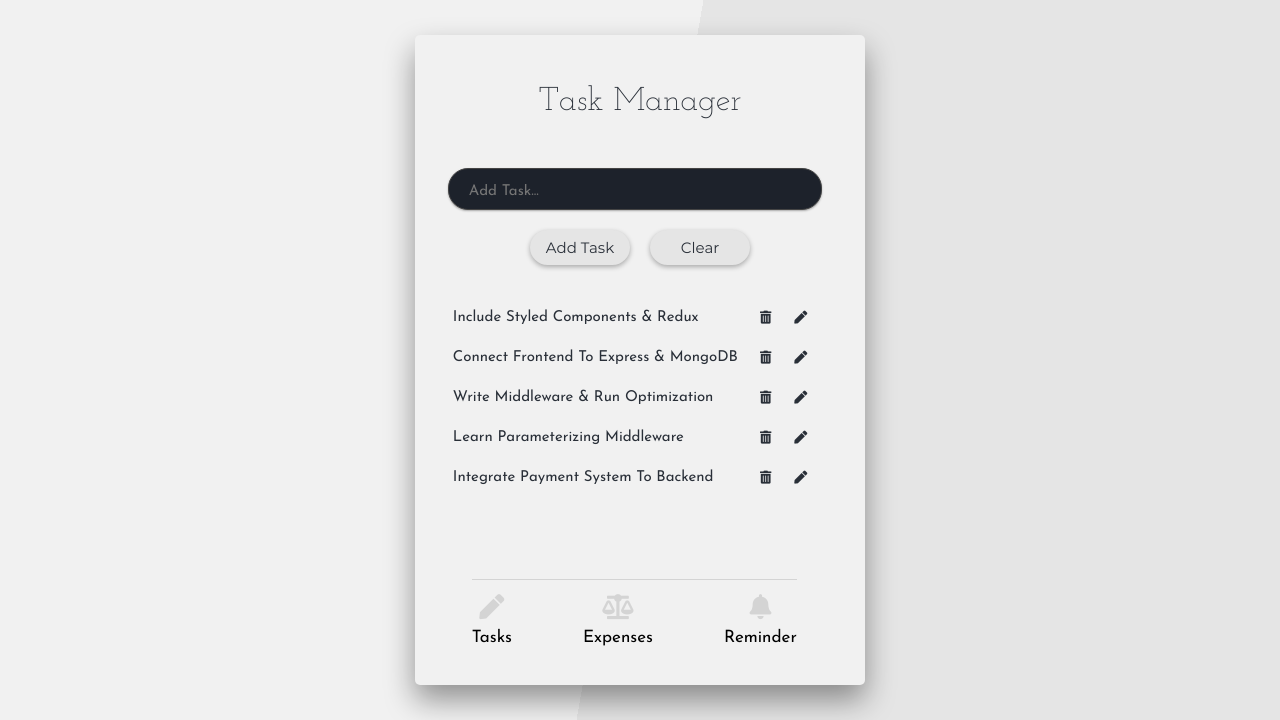
Repository: Kol124/react-task-manager
Page: /
An editor plug-in stored every save of this project. The page is shown before and after the next save, followed by the edit.
The browser window is 1280 px wide. The pictures show the whole page.
The project was rebuilt for these pictures with package versions that can differ from the ones it lists, and the page was loaded fresh each time. Also part of the build but not shown: src/components/Expenses/Expenses.js, src/components/Reminder/Reminder.js.

Above is the page before, as saved 2021-06-24 17:42:23.

### public/index.html
<!DOCTYPE html>
<html lang="en">
  <head>
    <meta charset="utf-8" />
    <link rel="icon" href="%PUBLIC_URL%/favicon.ico" />
    <meta name="viewport" content="width=device-width, initial-scale=1" />
    <meta name="theme-color" content="#000000" />
    <meta
      name="description"
      content="Web site created using create-react-app"
    />
    <link rel="apple-touch-icon" href="%PUBLIC_URL%/logo192.png" />
    <!--
      manifest.json provides metadata used when your web app is installed on a
      user's mobile device or desktop. See https://developers.google.com/web/fundamentals/web-app-manifest/
    -->
    <link rel="manifest" href="%PUBLIC_URL%/manifest.json" />
    <!--
      Notice the use of %PUBLIC_URL% in the tags above.
      It will be replaced with the URL of the `public` folder during the build.
      Only files inside the `public` folder can be referenced from the HTML.

      Unlike "/favicon.ico" or "favicon.ico", "%PUBLIC_URL%/favicon.ico" will
      work correctly both with client-side routing and a non-root public URL.
      Learn how to configure a non-root public URL by running `npm run build`.
    -->
    <link rel="stylesheet" href="all.min.css" />
    <title>React App</title>
  </head>
  <body>
    <noscript>You need to enable JavaScript to run this app.</noscript>
    <div id="root"></div>
    <!--
      This HTML file is a template.
      If you open it directly in the browser, you will see an empty page.

      You can add webfonts, meta tags, or analytics to this file.
      The build step will place the bundled scripts into the <body> tag.

      To begin the development, run `npm start` or `yarn start`.
      To create a production bundle, use `npm run build` or `yarn build`.
    -->
  </body>
</html>

### src/App.js
import "./App.css";
import React from "react";
import TaskContextProvider from "./context/TaskContext";
import ThemeContextProvider from "./context/ThemeContext";
import Main from "./components/Main";

function App() {
  return (
    <ThemeContextProvider>
      <TaskContextProvider>
        <div className="container">
          <Main />
        </div>
      </TaskContextProvider>
    </ThemeContextProvider>
  );
}

export default App;

### src/App.css
@import url("fonts.css");

* {
  margin: 0;
  padding: 0;
  box-sizing: inherit;
}

html {
  box-sizing: border-box;
  font-size: 62.5%;
}

.container {
  width: 100%;
  height: 100vh;
  display: flex;
  align-items: center;
  justify-content: center;
  background: linear-gradient(100deg, #f1f1f1 50%, #e5e5e5 0);
}

.app-wrapper {
  padding: 2.5rem 2.8rem;
  position: relative;
  width: 45rem;
  height: 65rem;
  border-radius: 5px;
  box-shadow: 0 15px 30px rgba(0, 0, 0, 0.4);
}

.header .main-header {
  font-family: "Josefin Slab", serif;
  text-align: center;
  font-size: 3.3rem;
  /* color: #e5e5e5; */
  font-weight: 300;
  margin: 2.5rem 2rem 5rem 2rem;
}

.main {
  display: flex;
  flex-direction: column;
  align-items: space-between;
  margin-bottom: 3.5rem;
  width: 100%;
}

.form {
  display: flex;
  align-items: center;
  margin-bottom: 1.5rem;
  flex-direction: column;
  justify-content: center;
}

.task-input {
  font-family: "Josefin Sans", serif;
  padding: 1.5rem 1rem 1rem 2rem;
  margin: 0 1rem 1rem 0;
  color: #ccc;
  width: 95%;
  outline: none;
  font-size: 1.5rem;
  border-radius: 20px;
  border: 1px solid #444;
  background-color: #1d222b;
  box-shadow: 0 1px 2px rgba(0, 0, 0, 0.3);
}

@media only screen and (max-width: 450px) {
  html {
    font-size: 50%;
  }
}

.buttons {
  display: flex;
}

.btn {
  font-family: "Montserrat", sans-serif;
  background-color: #1d222b;
  border-radius: 2rem;
  font-size: 1.5rem;
  height: 3.5rem;
  width: 10rem;
  border: none;
  margin: 1rem;
  outline: none;
  cursor: pointer;
  box-shadow: 0 2px 5px rgba(0, 0, 0, 0.3);
}

.list {
  width: 95%;
  margin: 0 auto;
  max-height: 28rem;
  overflow: hidden;
  overflow-y: auto;
}

/* width */
::-webkit-scrollbar {
  width: 6px;
}

/* Track */
::-webkit-scrollbar-track {
  border-radius: 10px;
  background-color: #aaa;
}

/* Handle */
::-webkit-scrollbar-thumb {
  background: #444;
  border-radius: 10px;
}

.list-item {
  display: flex;
  margin: 2rem 0;
  padding-bottom: 0.5rem;
  justify-content: space-between;
}

.list-item span {
  font-family: "Josefin Sans", sans-serif;
  /* color: #bbb; */
  font-size: 1.5rem;
  text-transform: capitalize;
}

.task-btn {
  cursor: pointer;
  background-color: transparent;
  border: none;
  outline: none;
}

.btn-delete i {
  font-size: 1.3rem;
  margin-right: 2rem;
}

.btn-edit i {
  font-size: 1.3rem;
  margin-right: 2rem;
}

.no-tasks {
  text-align: center;
  font-family: "Montserrat", sans-serif;
  margin-top: 2.5rem;
  font-size: 2rem;
}

footer {
  position: absolute;
  width: 85%;
  bottom: 6%;
}

footer .nav {
  display: flex;
  align-items: center;
  justify-content: space-between;
  border-top: 1px solid #d4d4d4;
  padding-top: 1.4rem;
  list-style: none;
  margin: 0 auto;
  width: 85%;
}

.nav li {
  font-family: "Josefin Sans", sans-serif;
  text-align: center;
}

.nav li a {
  text-decoration: none;
}

.nav li i {
  font-size: 2.5rem;
  transition: all ease 0.3s;
}

.nav li i:hover {
  color: #182741;
}

.nav li p {
  text-decoration: none;
  font-size: 1.7rem;
  color: initial;
  margin-top: 1rem;
}

### src/context/TaskContext.js
import React, { createContext, useState, useReducer, useEffect } from "react";
import TaskReducer from "../reducer/TaskReducer";

export const TaskContext = createContext();

export default function TaskContextProvider(props) {
  const [tasks, dispatch] = useReducer(TaskReducer, [
    { title: "Include styled components & redux", id: 1 },
    { title: "Connect frontend to express & mongoDB", id: 2 },
    { title: "Write middleware & run optimization", id: 3 },
    { title: "Learn parameterizing middleware", id: 4 },
    { title: "Integrate payment system to backend", id: 5 },
  ]);
  const [editItem, setEditItem] = useState(null);

  const findItem = (id) => {
    const item = tasks.find((task) => task.id === id);
    setEditItem(item);
  };

  useEffect(() => {
    console.log(tasks);
  });

  return (
    <TaskContext.Provider
      value={{ tasks, editItem, setEditItem, findItem, dispatch }}
    >
      {props.children}
    </TaskContext.Provider>
  );
}

### src/context/ThemeContext.js
import React, { Component, createContext } from "react";

export const ThemeContext = createContext();

export default class ThemeContextProvider extends Component {
  state = {
    isLightTheme: true,
    light: {
      font: "#292f38",
      accent: "#e5e5e5",
      icon: "#d4d4d4",
      bg: "#f1f1f1",
    },
    dark: {
      font: "#f1f1f1",
      accent: "#1d222b",
      icon: "#d4d4d4",
      bg: "#292f38",
    },
  };

  toggleTheme = () => {
    this.setState({ isLightTheme: !this.state.isLightTheme });
  };

  render() {
    return (
      <div>
        <ThemeContext.Provider
          value={{ ...this.state, toggleTheme: this.toggleTheme }}
        >
          {this.props.children}
        </ThemeContext.Provider>
      </div>
    );
  }
}

### src/components/Main.js
import React, { useContext } from "react";
import { BrowserRouter as Router, Switch, Route } from "react-router-dom";
import Header from "./Header";
import TaskForm from "./TaskForm";
import TaskList from "./TaskList";
import Expenses from "./expenses/Expenses";
import Reminder from "./reminder/Reminder";
import Footer from "./Footer";
import { ThemeContext } from "../context/ThemeContext";

export default function Main() {
  const { isLightTheme, dark, light } = useContext(ThemeContext);
  const theme = isLightTheme ? light : dark;

  return (
    <Router>
      <div>
        <div
          className="app-wrapper"
          style={{ background: theme.bg, color: theme.font }}
        >
          <Header />
          <Switch>
            <Route exact path="/">
              <div className="main">
                <TaskForm />
                <TaskList />
              </div>
            </Route>

            <Route path="/expenses">
              <Expenses />
            </Route>

            <Route path="/reminder">
              <Reminder />
            </Route>
          </Switch>
          <Footer />
        </div>
      </div>
    </Router>
  );
}

### src/fonts.css
/* josefin-sans-300 - latin */
@font-face {
  font-family: "Josefin Sans";
  font-style: normal;
  font-weight: 300;
  src: url("./fonts/josefin-sans-v17-latin-300.eot"); /* IE9 Compat Modes */
  src: local(""),
    url("./fonts/josefin-sans-v17-latin-300.eot?#iefix")
      format("embedded-opentype"),
    /* IE6-IE8 */ url("./fonts/josefin-sans-v17-latin-300.woff2")
      format("woff2"),
    /* Super Modern Browsers */ url("./fonts/josefin-sans-v17-latin-300.woff")
      format("woff"),
    /* Modern Browsers */ url("./fonts/josefin-sans-v17-latin-300.ttf")
      format("truetype"),
    /* Safari, Android, iOS */
      url("./fonts/josefin-sans-v17-latin-300.svg#JosefinSans") format("svg"); /* Legacy iOS */
}
/* josefin-sans-regular - latin */
@font-face {
  font-family: "Josefin Sans";
  font-style: normal;
  font-weight: 400;
  src: url("./fonts/josefin-sans-v17-latin-regular.eot"); /* IE9 Compat Modes */
  src: local(""),
    url("./fonts/josefin-sans-v17-latin-regular.eot?#iefix")
      format("embedded-opentype"),
    /* IE6-IE8 */ url("./fonts/josefin-sans-v17-latin-regular.woff2")
      format("woff2"),
    /* Super Modern Browsers */
      url("./fonts/josefin-sans-v17-latin-regular.woff") format("woff"),
    /* Modern Browsers */ url("./fonts/josefin-sans-v17-latin-regular.ttf")
      format("truetype"),
    /* Safari, Android, iOS */
      url("./fonts/josefin-sans-v17-latin-regular.svg#JosefinSans")
      format("svg"); /* Legacy iOS */
}
/* josefin-sans-600 - latin */
@font-face {
  font-family: "Josefin Sans";
  font-style: normal;
  font-weight: 600;
  src: url("./fonts/josefin-sans-v17-latin-600.eot"); /* IE9 Compat Modes */
  src: local(""),
    url("./fonts/josefin-sans-v17-latin-600.eot?#iefix")
      format("embedded-opentype"),
    /* IE6-IE8 */ url("./fonts/josefin-sans-v17-latin-600.woff2")
      format("woff2"),
    /* Super Modern Browsers */ url("./fonts/josefin-sans-v17-latin-600.woff")
      format("woff"),
    /* Modern Browsers */ url("./fonts/josefin-sans-v17-latin-600.ttf")
      format("truetype"),
    /* Safari, Android, iOS */
      url("./fonts/josefin-sans-v17-latin-600.svg#JosefinSans") format("svg"); /* Legacy iOS */
}
/* josefin-sans-700 - latin */
@font-face {
  font-family: "Josefin Sans";
  font-style: normal;
  font-weight: 700;
  src: url("./fonts/josefin-sans-v17-latin-700.eot"); /* IE9 Compat Modes */
  src: local(""),
    url("./fonts/josefin-sans-v17-latin-700.eot?#iefix")
      format("embedded-opentype"),
    /* IE6-IE8 */ url("./fonts/josefin-sans-v17-latin-700.woff2")
      format("woff2"),
    /* Super Modern Browsers */ url("./fonts/josefin-sans-v17-latin-700.woff")
      format("woff"),
    /* Modern Browsers */ url("./fonts/josefin-sans-v17-latin-700.ttf")
      format("truetype"),
    /* Safari, Android, iOS */
      url("./fonts/josefin-sans-v17-latin-700.svg#JosefinSans") format("svg"); /* Legacy iOS */
}

/* josefin-slab-300 - latin */
@font-face {
  font-family: "Josefin Slab";
  font-style: normal;
  font-weight: 300;
  src: url("./fonts/josefin-slab-v13-latin-300.eot"); /* IE9 Compat Modes */
  src: local(""),
    url("./fonts/josefin-slab-v13-latin-300.eot?#iefix")
      format("embedded-opentype"),
    /* IE6-IE8 */ url("./fonts/josefin-slab-v13-latin-300.woff2")
      format("woff2"),
    /* Super Modern Browsers */ url("./fonts/josefin-slab-v13-latin-300.woff")
      format("woff"),
    /* Modern Browsers */ url("./fonts/josefin-slab-v13-latin-300.ttf")
      format("truetype"),
    /* Safari, Android, iOS */
      url("./fonts/josefin-slab-v13-latin-300.svg#JosefinSlab") format("svg"); /* Legacy iOS */
}
/* josefin-slab-regular - latin */
@font-face {
  font-family: "Josefin Slab";
  font-style: normal;
  font-weight: 400;
  src: url("./fonts/josefin-slab-v13-latin-regular.eot"); /* IE9 Compat Modes */
  src: local(""),
    url("./fonts/josefin-slab-v13-latin-regular.eot?#iefix")
      format("embedded-opentype"),
    /* IE6-IE8 */ url("./fonts/josefin-slab-v13-latin-regular.woff2")
      format("woff2"),
    /* Super Modern Browsers */
      url("./fonts/josefin-slab-v13-latin-regular.woff") format("woff"),
    /* Modern Browsers */ url("./fonts/josefin-slab-v13-latin-regular.ttf")
      format("truetype"),
    /* Safari, Android, iOS */
      url("./fonts/josefin-slab-v13-latin-regular.svg#JosefinSlab")
      format("svg"); /* Legacy iOS */
}
/* josefin-slab-600 - latin */
@font-face {
  font-family: "Josefin Slab";
  font-style: normal;
  font-weight: 600;
  src: url("./fonts/josefin-slab-v13-latin-600.eot"); /* IE9 Compat Modes */
  src: local(""),
    url("./fonts/josefin-slab-v13-latin-600.eot?#iefix")
      format("embedded-opentype"),
    /* IE6-IE8 */ url("./fonts/josefin-slab-v13-latin-600.woff2")
      format("woff2"),
    /* Super Modern Browsers */ url("./fonts/josefin-slab-v13-latin-600.woff")
      format("woff"),
    /* Modern Browsers */ url("./fonts/josefin-slab-v13-latin-600.ttf")
      format("truetype"),
    /* Safari, Android, iOS */
      url("./fonts/josefin-slab-v13-latin-600.svg#JosefinSlab") format("svg"); /* Legacy iOS */
}
/* josefin-slab-700 - latin */
@font-face {
  font-family: "Josefin Slab";
  font-style: normal;
  font-weight: 700;
  src: url("./fonts/josefin-slab-v13-latin-700.eot"); /* IE9 Compat Modes */
  src: local(""),
    url("./fonts/josefin-slab-v13-latin-700.eot?#iefix")
      format("embedded-opentype"),
    /* IE6-IE8 */ url("./fonts/josefin-slab-v13-latin-700.woff2")
      format("woff2"),
    /* Super Modern Browsers */ url("./fonts/josefin-slab-v13-latin-700.woff")
      format("woff"),
    /* Modern Browsers */ url("./fonts/josefin-slab-v13-latin-700.ttf")
      format("truetype"),
    /* Safari, Android, iOS */
      url("./fonts/josefin-slab-v13-latin-700.svg#JosefinSlab") format("svg"); /* Legacy iOS */
}

/* montserrat-300 - latin */
@font-face {
  font-family: "Montserrat";
  font-style: normal;
  font-weight: 300;
  src: url("./fonts/montserrat-v15-latin-300.eot"); /* IE9 Compat Modes */
  src: local(""),
    url("./fonts/montserrat-v15-latin-300.eot?#iefix")
      format("embedded-opentype"),
    /* IE6-IE8 */ url("./fonts/montserrat-v15-latin-300.woff2") format("woff2"),
    /* Super Modern Browsers */ url("./fonts/montserrat-v15-latin-300.woff")
      format("woff"),
    /* Modern Browsers */ url("./fonts/montserrat-v15-latin-300.ttf")
      format("truetype"),
    /* Safari, Android, iOS */
      url("./fonts/montserrat-v15-latin-300.svg#Montserrat") format("svg"); /* Legacy iOS */
}
/* montserrat-regular - latin */
@font-face {
  font-family: "Montserrat";
  font-style: normal;
  font-weight: 400;
  src: url("./fonts/montserrat-v15-latin-regular.eot"); /* IE9 Compat Modes */
  src: local(""),
    url("./fonts/montserrat-v15-latin-regular.eot?#iefix")
      format("embedded-opentype"),
    /* IE6-IE8 */ url("./fonts/montserrat-v15-latin-regular.woff2")
      format("woff2"),
    /* Super Modern Browsers */ url("./fonts/montserrat-v15-latin-regular.woff")
      format("woff"),
    /* Modern Browsers */ url("./fonts/montserrat-v15-latin-regular.ttf")
      format("truetype"),
    /* Safari, Android, iOS */
      url("./fonts/montserrat-v15-latin-regular.svg#Montserrat") format("svg"); /* Legacy iOS */
}
/* montserrat-500 - latin */
@font-face {
  font-family: "Montserrat";
  font-style: normal;
  font-weight: 500;
  src: url("./fonts/montserrat-v15-latin-500.eot"); /* IE9 Compat Modes */
  src: local(""),
    url("./fonts/montserrat-v15-latin-500.eot?#iefix")
      format("embedded-opentype"),
    /* IE6-IE8 */ url("./fonts/montserrat-v15-latin-500.woff2") format("woff2"),
    /* Super Modern Browsers */ url("./fonts/montserrat-v15-latin-500.woff")
      format("woff"),
    /* Modern Browsers */ url("./fonts/montserrat-v15-latin-500.ttf")
      format("truetype"),
    /* Safari, Android, iOS */
      url("./fonts/montserrat-v15-latin-500.svg#Montserrat") format("svg"); /* Legacy iOS */
}

### src/reducer/TaskReducer.js
export default function TaskReducer(tasks, action) {
  switch (action.type) {
    case "ADD_TASK":
      return [
        ...tasks,
        {
          title: action.task.title,
          id: Math.random().toString(),
        },
      ];

    case "REMOVE_TASK":
      return tasks.filter((task) => task.id !== action.task.id);

    case "EDIT_TASK":
      return tasks.map((task) =>
        task.id === action.task.id
          ? { title: action.task.title, id: action.task.id }
          : task
      );

    case "CLEAR_TASK":
      return [];

    default:
      return tasks;
  }
}

### src/components/Header.js
import React from "react";

const Header = () => {
  return (
    <div className="header">
      <h1 className="main-header">Task Manager</h1>
    </div>
  );
};

export default Header;

### src/components/TaskForm.js
import React, { useState, useContext, useEffect } from "react";
import { TaskContext } from "../context/TaskContext";
import { ThemeContext } from "../context/ThemeContext";

export default function TaskForm() {
  const { editItem, setEditItem, dispatch } = useContext(TaskContext);
  const [title, setTitle] = useState("");

  const { isLightTheme, dark, light } = useContext(ThemeContext);
  const theme = isLightTheme ? light : dark;

  const handleSubmit = (e) => {
    e.preventDefault();
    if (editItem !== null) {
      dispatch({
        type: "EDIT_TASK",
        task: {
          title,
          id: editItem.id,
        },
      });
      setEditItem(null);
    } else {
      dispatch({
        type: "ADD_TASK",
        task: {
          title,
        },
      });
    }

    setTitle("");
  };

  useEffect(() => {
    if (editItem !== null) {
      setTitle(editItem.title);
      console.log(editItem);
    } else {
      setTitle("");
    }
  }, [editItem]);

  return (
    <form onSubmit={handleSubmit} className="form">
      <input
        type="text"
        placeholder="Add Task..."
        value={title}
        onChange={(e) => setTitle(e.target.value)}
        required
        className="task-input"
      />
      <div className="buttons">
        <button
          type="submit"
          className="btn"
          style={{ background: theme.accent, color: theme.font }}
        >
          {editItem ? "Edit Task" : "Add Task"}
        </button>
        <button
          className="btn"
          style={{ background: theme.accent, color: theme.font }}
          onClick={() => dispatch({ type: "CLEAR_TASK" })}
        >
          Clear
        </button>
      </div>
    </form>
  );
}

### src/components/TaskList.js
import React, { useContext } from "react";
import { TaskContext } from "../context/TaskContext";
import Task from "./Task";

export default function TaskList() {
  const { tasks } = useContext(TaskContext);

  return (
    <div>
      {tasks.length ? (
        <ul className="list">
          {tasks.map((task) => {
            return <Task task={task} key={task.id} />;
          })}
        </ul>
      ) : (
        <div className="no-tasks">No Tasks</div>
      )}
    </div>
  );
}

### src/components/Footer.js
import React, { useContext } from "react";
import { Link } from "react-router-dom";
import { ThemeContext } from "../context/ThemeContext";

export default function Footer() {
  const { isLightTheme, dark, light } = useContext(ThemeContext);
  const theme = isLightTheme ? light : dark;

  return (
    <footer>
      <ul className="nav">
        <li>
          <Link to="/">
            <i style={{ color: theme.icon }} className="fa fa-pen"></i>
            <p>Tasks</p>
          </Link>
        </li>

        <li>
          <Link to="/Expenses">
            <i
              style={{ color: theme.icon }}
              className="fa fa-balance-scale"
            ></i>
            <p>Expenses</p>
          </Link>
        </li>

        <li>
          <Link to="/Reminder">
            <i style={{ color: theme.icon }} className="fa fa-bell"></i>
            <p>Reminder</p>
          </Link>
        </li>
      </ul>
    </footer>
  );
}

### src/components/Task.js
import React, { useContext } from "react";
import { TaskContext } from "../context/TaskContext";
import { ThemeContext } from "../context/ThemeContext";

export default function Task({ task }) {
  const { findItem, dispatch } = useContext(TaskContext);
  const { isLightTheme, dark, light } = useContext(ThemeContext);
  const theme = isLightTheme ? light : dark;

  return (
    <li className="list-item">
      <span>{task.title}</span>
      <div>
        <button
          className="btn-delete task-btn"
          style={{ color: theme.font }}
          onClick={() =>
            dispatch({ type: "REMOVE_TASK", task: { id: task.id } })
          }
        >
          <i className="fas fa-trash-alt"></i>
        </button>{" "}
        <button
          className="btn-edit task-btn"
          style={{ color: theme.font }}
          onClick={() => findItem(task.id)}
        >
          <i className="fas fa-pen"></i>
        </button>
      </div>
    </li>
  );
}

Loaded but not shown: src/index.js (common file); src/index.css (common file); src/reportWebVitals.js (common file); public/all.min.css (library)

After the next save:
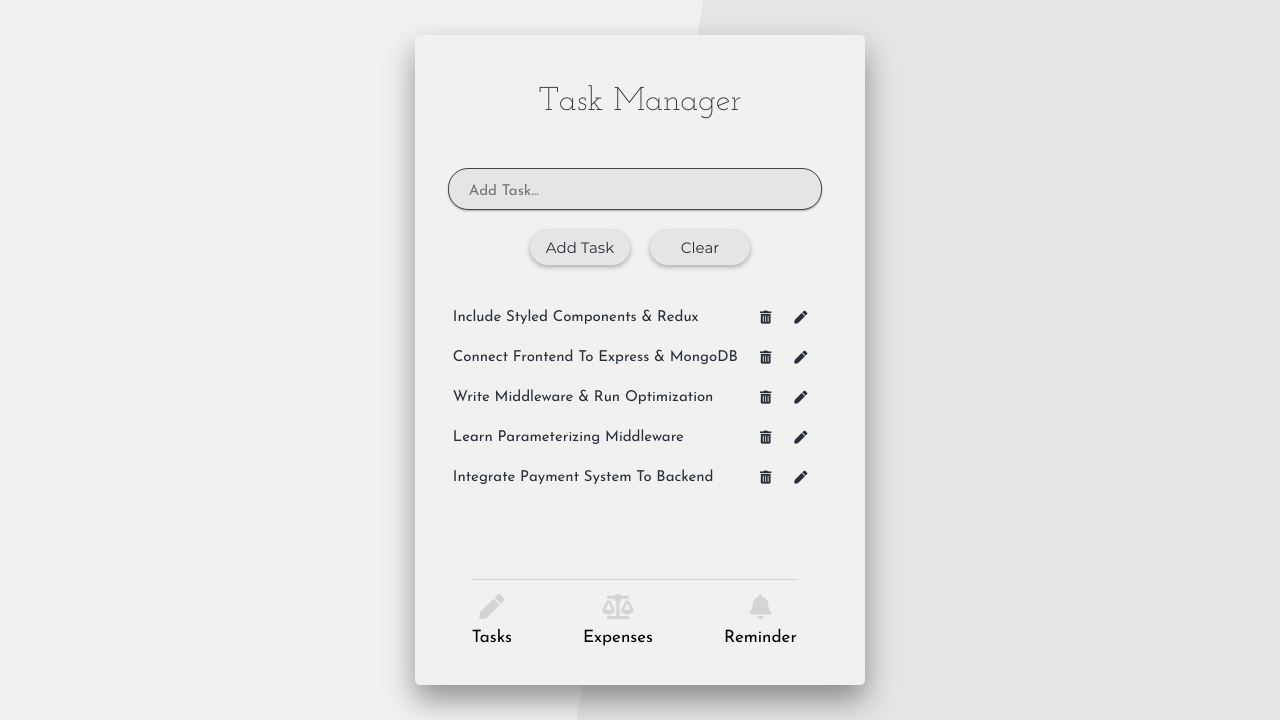
Saved 71 s later.
--- a/src/components/TaskForm.js
+++ b/src/components/TaskForm.js
@@ -47,6 +47,7 @@ export default function TaskForm() {
         type="text"
         placeholder="Add Task..."
         value={title}
+        style={{ background: theme.accent, color: theme.font }}
         onChange={(e) => setTitle(e.target.value)}
         required
         className="task-input"
